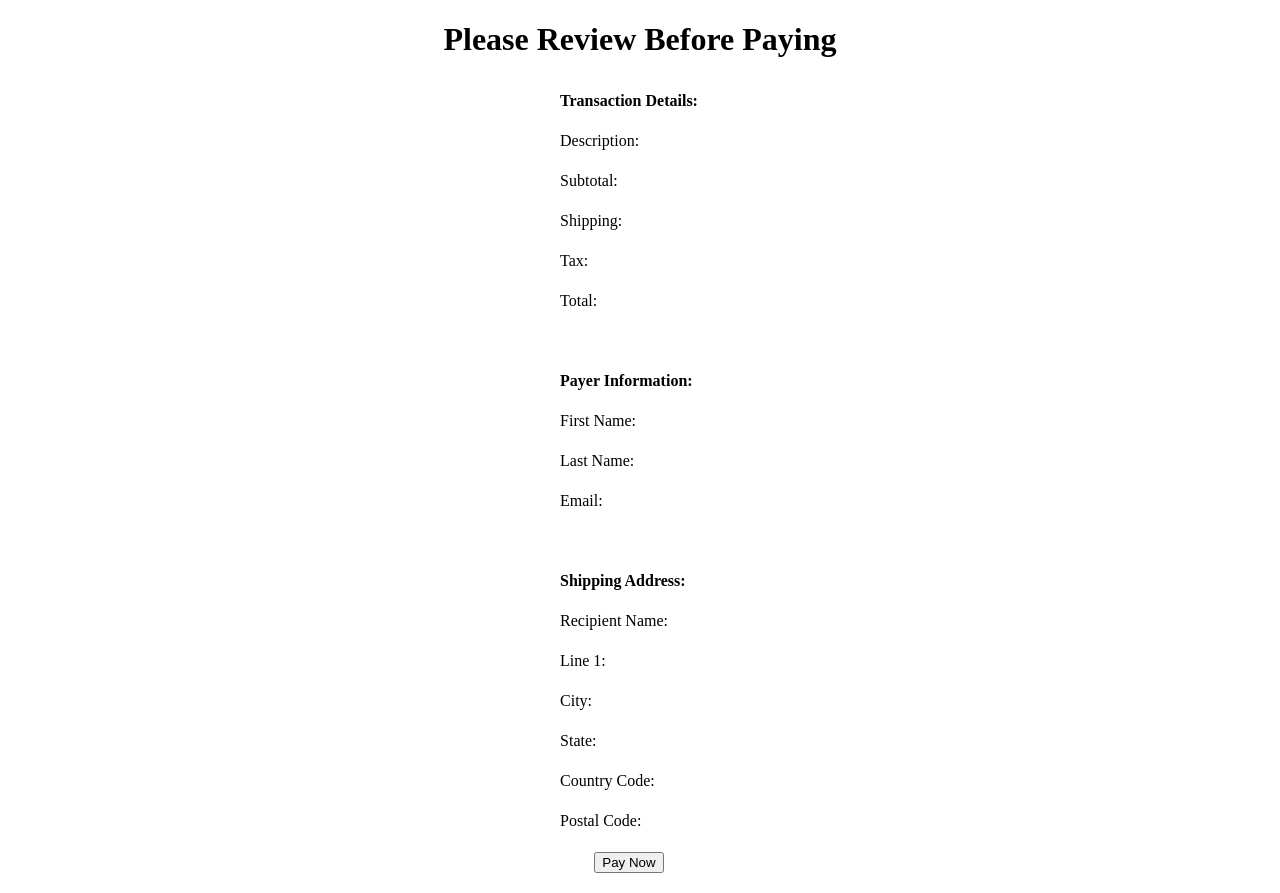
Repository: ThimeshaMindaka/PAFF
Page: http://localhost/PayPalTest/review.jsp
These files come from the project's save history. The page is drawn as it stood at one moment and after the next save; the edit follows.
The browser window is 1280 px wide. The pictures show the whole page.
The page is served by Tomcat 9. Other server files are loaded and not shown. The template is opened directly, without the code that normally fills it, so the values that code supplies are empty.

Above is the page before, as saved 2022-05-15 14:54:42.

### PayPalTest/src/main/webapp/review.jsp
<%@ page language="java" contentType="text/html; charset=ISO-8859-1"
    pageEncoding="ISO-8859-1"%>
<!DOCTYPE html>
<html>
<head>
<meta charset="ISO-8859-1">
<title>Review Payment</title>
	<style type="text/css">
		table {border : 0;}
		table td { padding: 10px; }
	</style>
</head>
<body>
<div align="center">
		<h1>Please Review Before Paying</h1>
		<form action="execute_payment" method="post">
		<table>
		<tr>
			<td colspan="2" ><b>Transaction Details:</b></td>
			<td>
				<input type="hidden" name="paymentId" value="${param.paymentId}">
				<input type="hidden" name="payerId" value="${param.payerId}">
			</td>
		</tr>
		<tr>
			<td>Description:</td>
			<td>${transaction.description} </td>
		</tr>
		<tr>
			<td>Subtotal:</td>
			<td>${transaction.amount.details.subtotal} </td>
		</tr>
		<tr>
			<td>Shipping:</td>
			<td>${transaction.amount.details.Shipping} </td>
		</tr>
		<tr>
			<td>Tax:</td>
			<td>${transaction.amount.details.Tax} </td>
		</tr>
		<tr>
			<td>Total:</td>
			<td>${transaction.amount.total} </td>
		</tr>
		<tr><td><br></td></tr>
		<tr>
			<td colspan="2" ><b>Payer Information:</b></td>
			<td> </td>
		</tr>
		<tr>
			<td>First Name:</td>
			<td>${payer.firstName} </td>
		</tr>
		<tr>
			<td>Last Name:</td>
			<td>${payer.lastName} </td>
		</tr>
		<tr>
			<td>Email:</td>
			<td>${payer.email} </td>
		</tr>
		<tr><td><br></td></tr>
		<tr>
			<td colspan="2" ><b>Shipping Address:</b></td>
			<td> </td>
		</tr>
		<tr>
			<td>Recipient Name:</td>
			<td>${shippingAddress.recipientName} </td>
		</tr>
		<tr>
			<td>Line 1:</td>
			<td>${shippingAddress.line1} </td>
		</tr>
		<tr>
			<td>City:</td>
			<td>${shippingAddress.city} </td>
		</tr>
		<tr>
			<td>State:</td>
			<td>${shippingAddress.state} </td>
		</tr>
		<tr>
			<td>Country Code:</td>
			<td>${shippingAddress.countryCode} </td>
		</tr>
		<tr>
			<td>Postal Code:</td>
			<td>${shippingAddress.postalCode} </td>
		</tr>
		<tr>
			<td colspan="2" align="center" >
			<input type="submit" value="Pay Now" >
			</td>
		</tr>
		</table>
		</form>
</div>
</body>
</html>

After the next save:
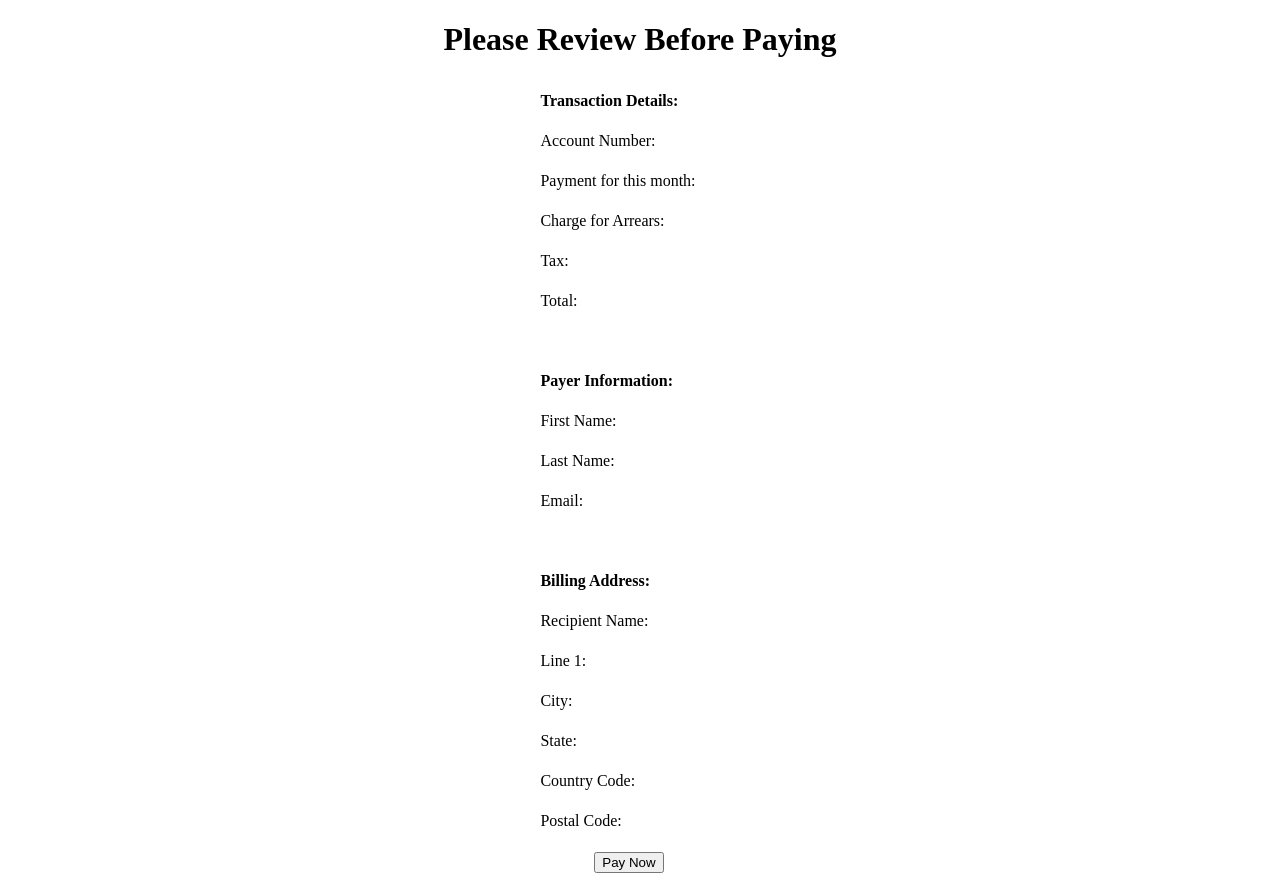
Saved 2 s later.
--- a/PayPalTest/src/main/webapp/review.jsp
+++ b/PayPalTest/src/main/webapp/review.jsp
@@ -23,15 +23,15 @@
 			</td>
 		</tr>
 		<tr>
-			<td>Description:</td>
+			<td>Account Number:</td>
 			<td>${transaction.description} </td>
 		</tr>
 		<tr>
-			<td>Subtotal:</td>
+			<td>Payment for this month:</td>
 			<td>${transaction.amount.details.subtotal} </td>
 		</tr>
 		<tr>
-			<td>Shipping:</td>
+			<td>Charge for Arrears:</td>
 			<td>${transaction.amount.details.Shipping} </td>
 		</tr>
 		<tr>
@@ -61,7 +61,7 @@
 		</tr>
 		<tr><td><br></td></tr>
 		<tr>
-			<td colspan="2" ><b>Shipping Address:</b></td>
+			<td colspan="2" ><b>Billing Address:</b></td>
 			<td> </td>
 		</tr>
 		<tr>
